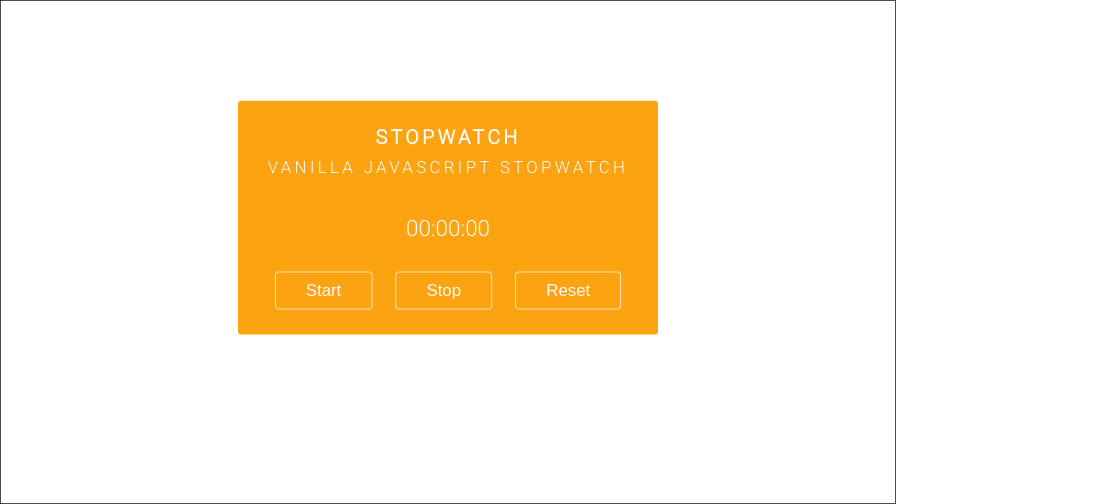
Repository: siaxiong/siaxiong.github.io
Page: doc/stopWatch.html
The author's editor kept a copy of each file at every save. The page is drawn from the files as they stood at one save, then again after a run of saves.
The browser window is 1280 px wide. The page is 1280 px wide, then 1576 px, so the pictures cover 1576 px, including what lies to the right of the window. The pictures show the part of the page from y = 0 to 1560 px (the page is 720 px tall before and 9195 px after), at 70% of full size.

Above is the page before, as saved 2021-03-11 16:24:40.

After the next 2 saves:
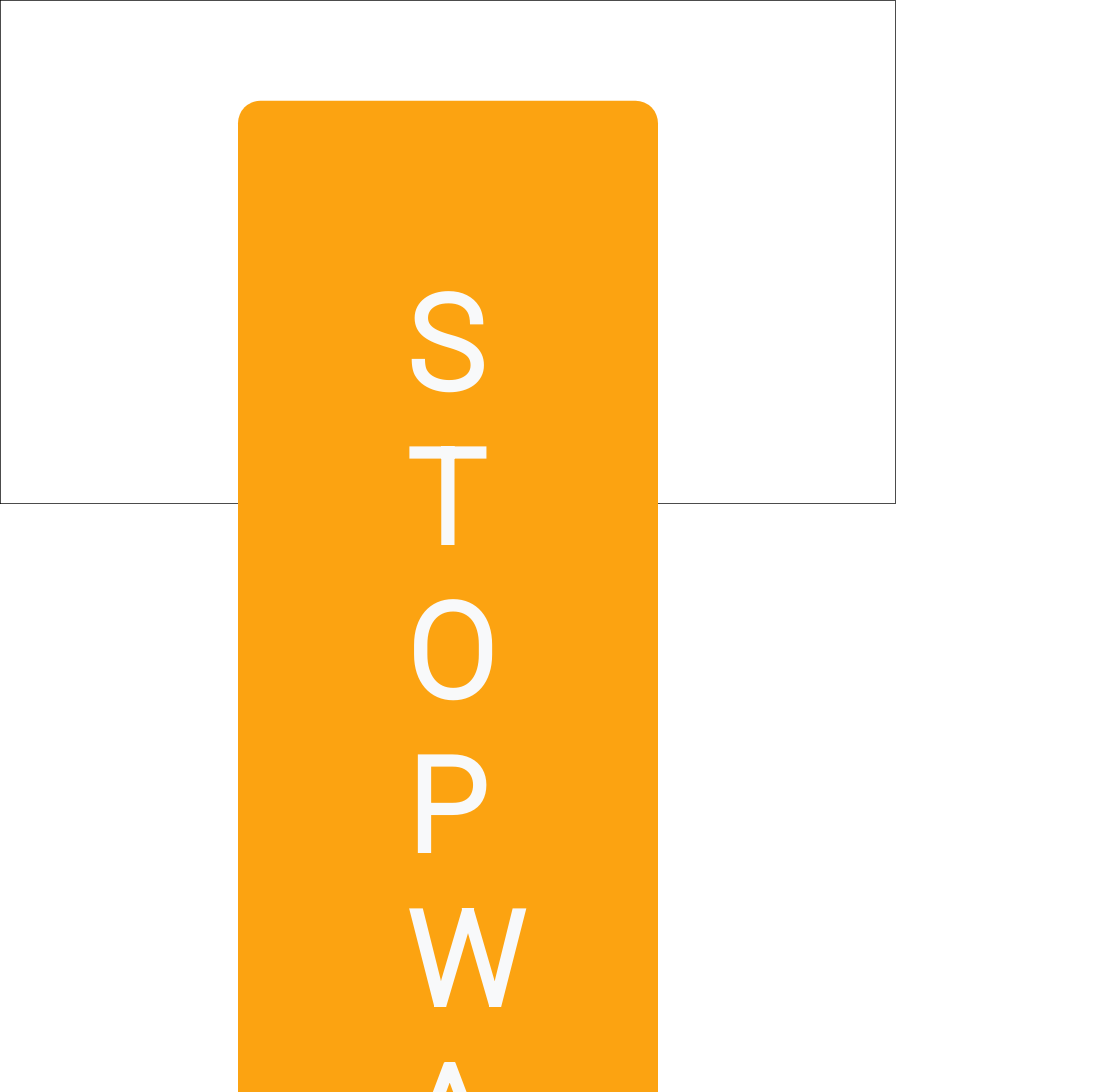
The 2 saves are shown as one change because they came seconds apart.
The last was saved 22 s later.
--- a/doc/stopWatch.html
+++ b/doc/stopWatch.html
@@ -97,7 +97,7 @@
     }
 
     .stopwatch--medium {
-        font-size: 1.5rem;
+        font-size: 10rem;
     }
 
     @media only screen and (max-width: 700px) {
